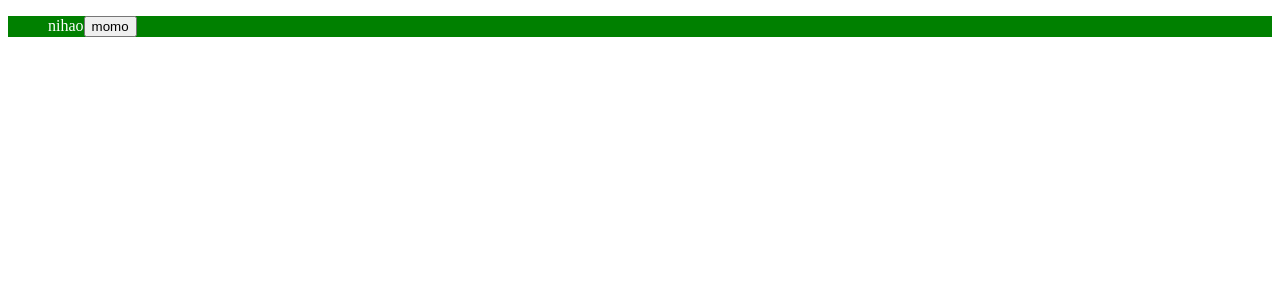
Repository: fuzhiquan/react-study
Page: /
These files come from the project's save history. The page is drawn as it stood at one moment and after the next save; the edit follows.
The browser window is 1280 px wide. The pictures show the whole page.
The project was rebuilt for these pictures with package versions that can differ from the ones it lists, and the page was loaded fresh each time.

Above is the page before, as saved 2020-03-18 21:55:54.

### src/index.js
import React from 'react'
import ReactDOM from 'react-dom'

//<ul className='con' style={{color: 'white', background: 'green'}}>nihao</ul>
const e = React.createElement("ul", {
    className: "con",
    style: {
      color: 'white',
      background: 'green'
    }
  }, "nihao", React.createElement("button", { onClick: "alert(0)" }, "momo"))

console.log(e)

ReactDOM.render(e, document.getElementById('root'))

Loaded but not shown: public/index.html (common file)

After the next save:
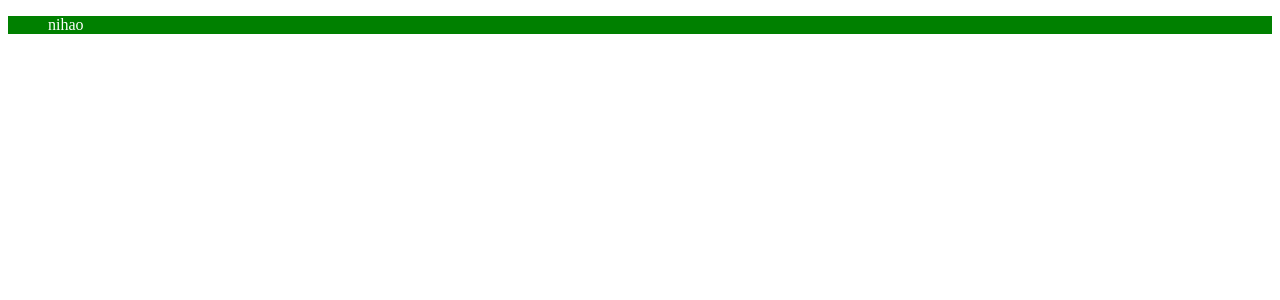
Saved 62 s later.
--- a/src/index.js
+++ b/src/index.js
@@ -1,14 +1,14 @@
 import React from 'react'
 import ReactDOM from 'react-dom'
 
-//<ul className='con' style={{color: 'white', background: 'green'}}>nihao</ul>
-const e = React.createElement("ul", {
-    className: "con",
-    style: {
-      color: 'white',
-      background: 'green'
-    }
-  }, "nihao", React.createElement("button", { onClick: "alert(0)" }, "momo"))
+const e = <ul className='con' style={{color: 'white', background: 'green'}}>nihao</ul>
+// const e = React.createElement("ul", {
+//     className: "con",
+//     style: {
+//       color: 'white',
+//       background: 'green'
+//     }
+//   }, "nihao", React.createElement("button", { onClick: "alert(0)" }, "momo"))
 
 console.log(e)
 
